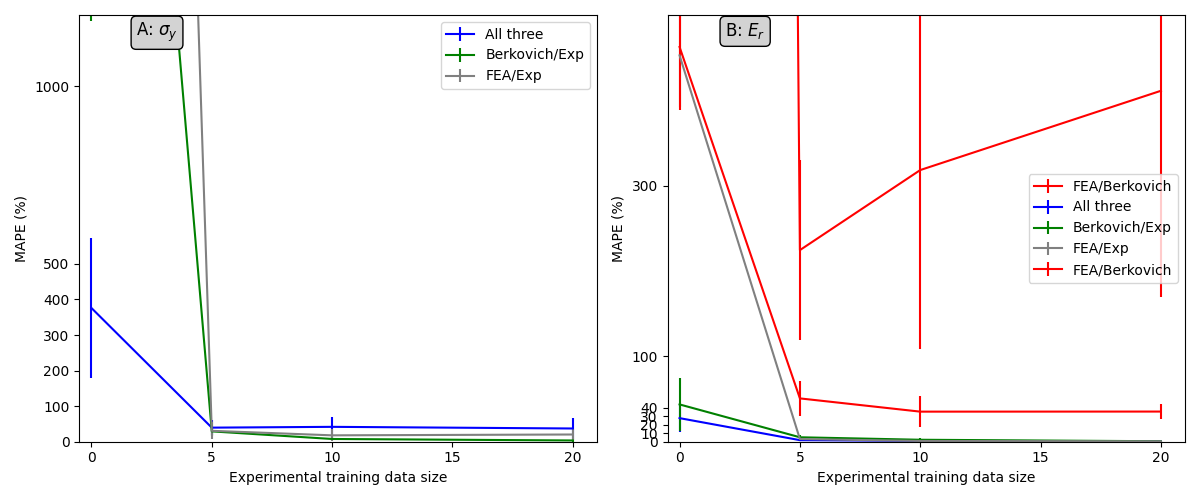
Repository: JoeSpencer1/NN_TiAlTa
Script's output: python src/figures.py
The author's editor kept a copy of each file at every save. The script's output is drawn from the files as they stood at one save, then again after the next save.
Random numbers start from a fixed seed.

Above is the script's output before, as saved 2024-01-16 14:37:56.

After the next save:
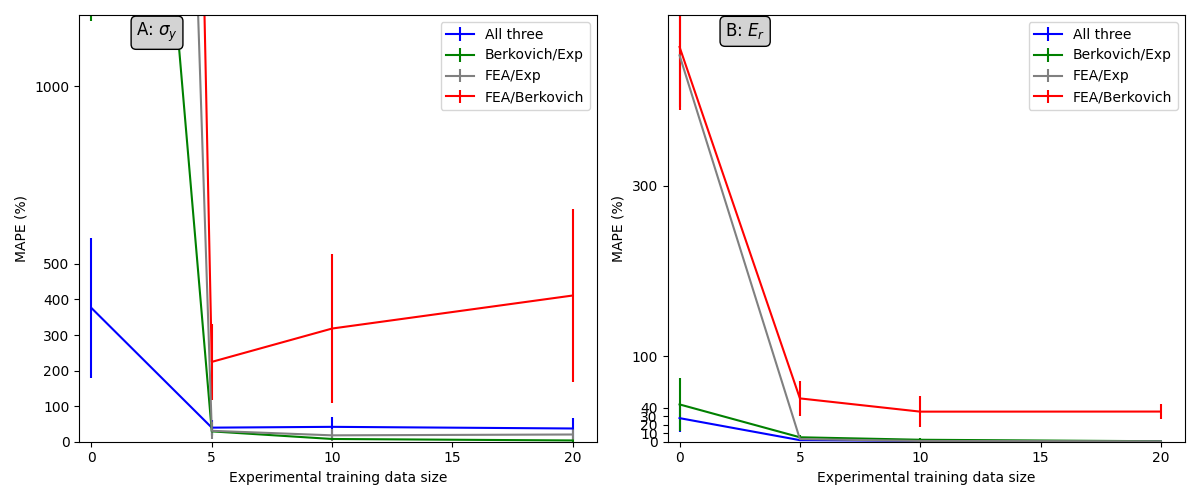
Saved 23 s later.
--- a/src/figures.py
+++ b/src/figures.py
@@ -276,7 +276,7 @@ fig, (ax1, ax2) = plt.subplots(1, 2, figsize=(12, 5))
 ax1.errorbar(n, threeσ, yerr = εthreeσ, color = 'blue', label = "All three")
 ax1.errorbar(n, BerExpσ, yerr = εBerExpσ, color = 'green', label = "Berkovich/Exp")
 ax1.errorbar(n, FEAExpσ, yerr = εFEAExpσ, color = 'grey', label = "FEA/Exp")
-ax2.errorbar(n, FEABerσ, yerr = εFEABerσ, color = 'red', label = "FEA/Berkovich")
+ax1.errorbar(n, FEABerσ, yerr = εFEABerσ, color = 'red', label = "FEA/Berkovich")
 ax1.set_yscale('linear')
 ax1.set_ylim([0, 1200])
 ax1.set_xlim([-0.5, 21])
